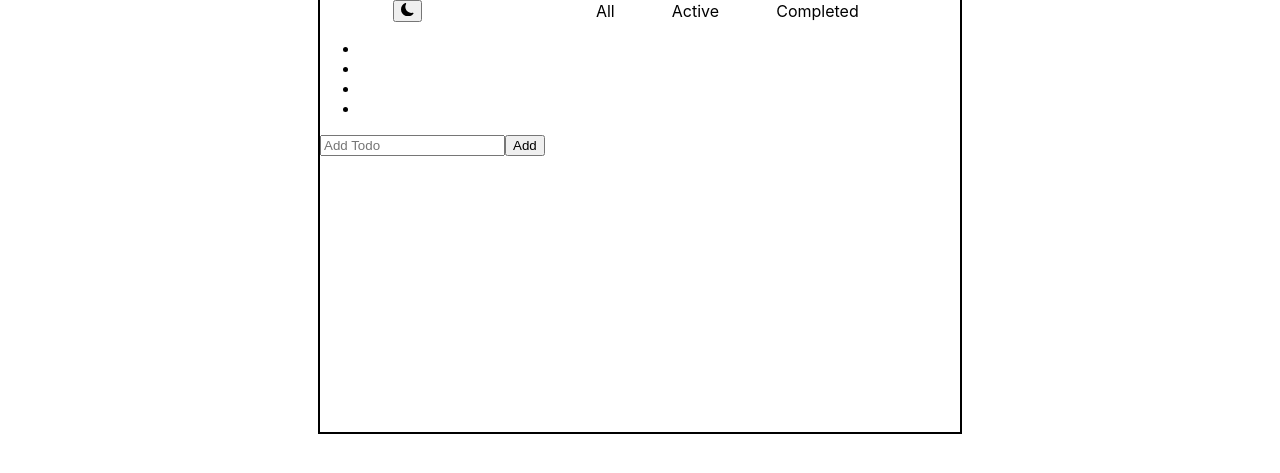
Repository: DongjaJ/React-Todo
Page: / (app in react-todo/)
These files come from the project's save history. The page is drawn as it stood at one moment and after the next save; the edit follows.
The browser window is 1280 px wide. The pictures show the whole page.
The project was rebuilt for these pictures with package versions that can differ from the ones it lists, and the page was loaded fresh each time.

Above is the page before, as saved 2023-05-15 13:58:17.

### react-todo/public/index.html
<!DOCTYPE html>
<html lang="en">
	<head>
		<meta charset="utf-8" />
		<link rel="icon" href="%PUBLIC_URL%/favicon.ico" />
		<meta name="viewport" content="width=device-width, initial-scale=1" />
		<meta name="theme-color" content="#000000" />
		<meta
			name="description"
			content="Web site created using create-react-app" />
		<link rel="apple-touch-icon" href="%PUBLIC_URL%/logo192.png" />
		<!--
      manifest.json provides metadata used when your web app is installed on a
      user's mobile device or desktop. See https://developers.google.com/web/fundamentals/web-app-manifest/
    -->
		<link rel="manifest" href="%PUBLIC_URL%/manifest.json" />
		<!--
      Notice the use of %PUBLIC_URL% in the tags above.
      It will be replaced with the URL of the `public` folder during the build.
      Only files inside the `public` folder can be referenced from the HTML.

      Unlike "/favicon.ico" or "favicon.ico", "%PUBLIC_URL%/favicon.ico" will
      work correctly both with client-side routing and a non-root public URL.
      Learn how to configure a non-root public URL by running `npm run build`.
    -->
		<title>📘 Todo</title>
	</head>
	<body>
		<noscript>You need to enable JavaScript to run this app.</noscript>
		<div id="root"></div>
		<!--
      This HTML file is a template.
      If you open it directly in the browser, you will see an empty page.

      You can add webfonts, meta tags, or analytics to this file.
      The build step will place the bundled scripts into the <body> tag.

      To begin the development, run `npm start` or `yarn start`.
      To create a production bundle, use `npm run build` or `yarn build`.
    --></body>
</html>

### react-todo/src/App.js
import './App.css';
import Footer from './components/Footer';
import Header from './components/Header';
import Todos from './components/Todos';

function App() {
	return (
		<div className="App">
			<Header></Header>
			<Todos></Todos>
			<Footer></Footer>
		</div>
	);
}

export default App;

### react-todo/src/App.css
body {
	display: flex;
	flex-direction: column;
	justify-content: center;
	align-items: center;
}

.App {
	outline: 2px solid black;
	width: 50vw;
	height: 60vh;
}

### react-todo/src/components/Footer.jsx
import React from 'react';

export default function Footer() {
	return (
		<div>
			<input placeholder="Add Todo"></input>
			<button>Add</button>
		</div>
	);
}

### react-todo/src/components/Header.jsx
import React from 'react';
import { BsFillSunFill, BsFillMoonFill } from 'react-icons/bs';
import stlyes from '../styles/Header.module.css';

export default function Header() {
	return (
		<div className={stlyes.header}>
			<button>
				<BsFillMoonFill />
			</button>
			<div className={stlyes['category-section']}>
				<section>All</section>
				<section>Active</section>
				<section>Completed</section>
			</div>
		</div>
	);
}

### react-todo/src/components/Todos.jsx
import React from 'react';

export default function Todos() {
	return (
		<div>
			<ul>
				<li></li>
				<li></li>
				<li></li>
				<li></li>
			</ul>
		</div>
	);
}

### react-todo/src/styles/Header.module.css
.header {
	display: flex;
	justify-content: space-around;
	align-items: center;
}

.category-section {
	display: flex;
	justify-content: space-around;
	align-items: center;
	width: 50%;
}

Loaded but not shown: react-todo/src/index.js (common file); react-todo/src/index.css (common file); react-todo/src/reportWebVitals.js (common file)

After the next save:
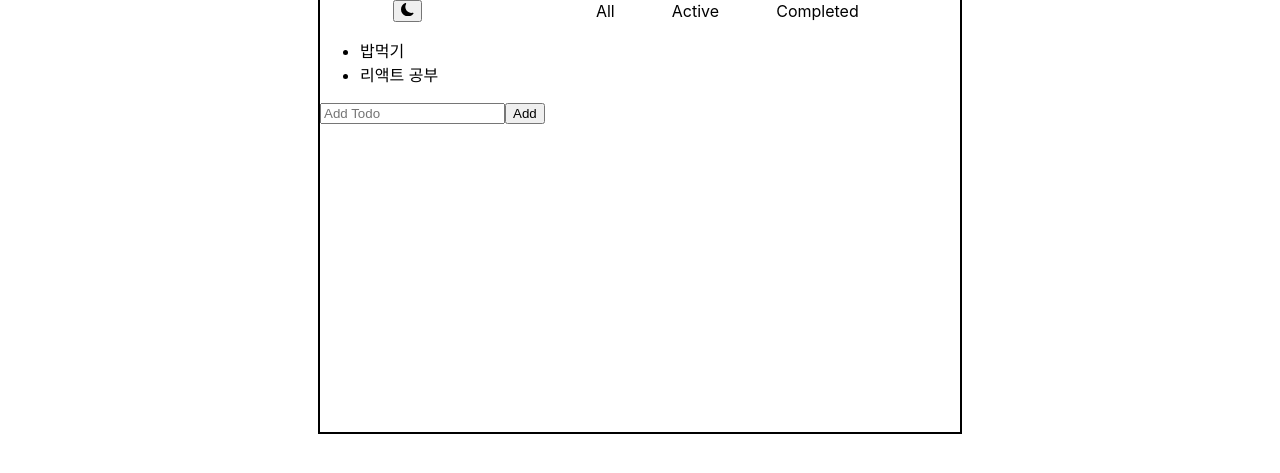
Saved 25 s later.
--- a/react-todo/src/components/Todos.jsx
+++ b/react-todo/src/components/Todos.jsx
@@ -4,10 +4,8 @@ export default function Todos() {
 	return (
 		<div>
 			<ul>
-				<li></li>
-				<li></li>
-				<li></li>
-				<li></li>
+				<li>밥먹기</li>
+				<li>리액트 공부</li>
 			</ul>
 		</div>
 	);
